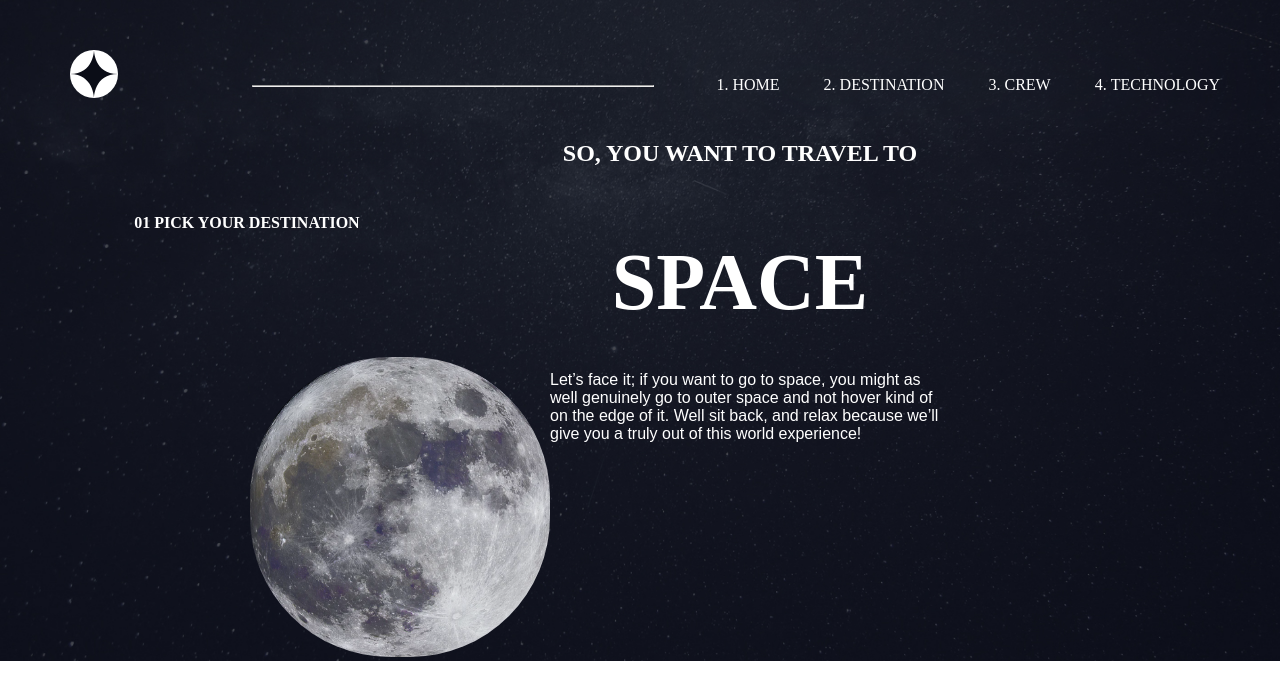
Repository: batonAnton/space_tourism
Page: destination.html
An editor plug-in stored every save of this project. The page is shown before and after the next save, followed by the edit.
The browser window is 1280 px wide. The pictures show the whole page.
Some web fonts or font styles are not loaded; a fallback is used.

Above is the page before, as saved 2022-05-20 10:40:28.

### destination.html
<!DOCTYPE html>
<html lang="en">
<head>
    <meta charset="UTF-8">
    <meta http-equiv="X-UA-Compatible" content="IE=edge">
    <meta name="viewport" content="width=device-width, initial-scale=1.0">
    <title>Space Tourism</title>
    <link rel="stylesheet" href="css/style2 .css">
    <link rel="preconnect" href="https://fonts.googleapis.com">
    <link rel="preconnect" href="https://fonts.gstatic.com" crossorigin>
    <link href="https://fonts.googleapis.com/css2?family=Bellefair&family=Merriweather&display=swap" rel="stylesheet">

    <link rel="preconnect" href="https://fonts.gstatic.com" crossorigin>
    <link href="https://fonts.googleapis.com/css2?family=Bellefair&family=Merriweather&display=swap" rel="stylesheet">
    <link rel="preconnect" href="https://fonts.googleapis.com">
    <link rel="preconnect" href="https://fonts.gstatic.com" crossorigin>
    <link href="https://fonts.googleapis.com/css2?family=Barlow+Condensed:wght@300&family=Bellefair&family=Merriweather&display=swap" rel="stylesheet">
</head>
<body>

    <div id="destination" class="bg">
        <div class="top-container">
            <div class="logo_img">
                <img src="/images/Icon.svg" alt="logo">

            </div>

                                             <!--navbar code -->
            <div class="nav">

                <hr>
                    <ol>

                        <li><a href="#home">home</a></li>
                        <li><a href="">destination</a></li>
                        <li><a href="">crew</a></li>
                        <li><a href="">technology</a></li>

                    </ol>

            </div>
        </div>

        <div class="middle_container">


            <div class="planet_img">
                <h2 class="h2_planet"> <span>01</span> pick your destination</h2>

                <div class="planet_bg">
                    <img src="/images/destination_img/moon.png"  alt="">
                </div>
            </div>



                <div class="get-info">
                    <h2>so, you want to travel to</h2>
                    <h1>space</h1>
                    <p>Let’s face it; if you want to go to space, you might as well genuinely go to outer space and not hover kind of on the edge of it. Well sit back, and relax because we’ll give you a truly out of this world experience!</p>
                </div>


        </div>

    </div>
</body>
</html>

### css/style2 .css
body {
  /* height: 900px; */
  margin: 0;
}

.bg {
  background-image: url(/images/destination_img/bg.jpg);
  height: 100%;
  background-position: center;
  background-repeat: no-repeat;
  background-size: cover;
}

.top-container {
  /* display: inline-block; */
  padding: 50px 0px 50px 70px;
  /* width: 100%; */
}

.logo_img {
  /* width: 555px; */
  float: left;
}

hr {
  width: 400px;
  position: absolute;
  margin: 25px 0px 100px -390px;
}

.nav {
  /* width: 60%; */
  /* margin-left: 408px; */
  position: relative;
  float: right;
  clear: none;
  /* border: 1px solid #979797; */
  padding: 10px 0px 10px 0px;
  backdrop-filter: blur(85px);
  text-transform: uppercase;
}
.nav a {
  text-decoration: none;
}

.nav a:after {
  background: none repeat scroll 0 0 transparent;
  bottom: 0;
  content: "";
  display: block;
  height: 2px;
  left: 50%;
  position: absolute;
  background: #fff;
  transition: width 0.3s ease 0s, left 0.3s ease 0s;
  width: 0;
}
a:hover:after {
  width: 10%;
  left: 0;
}

ol {
  display: inline-flex;
  /* width: 200px; */
  margin-left: 50px;
}

li {
  padding: 0px 60px 0px 0px;
  color: #ffffff;
}

.nav a {
  color: #ffffff;
  font-family: "Bellefair", serif;
  /* font-family: "Merriweather", serif; */
}

/* middle-container property */
.middle_container {
  display: inline-flex;
}

.get-info_planet {
  margin: 130px 100px 100px 150px;
}

.h2_planet {
  height: 1px;
  display: block;
  margin: -176px 0px 142px -193px;
  font-size: 16px;
}

.planet_bg img {
  height: 300px;
  border-radius: 140px 140px 140px 140px;
}

h1,
h2,
p {
  color: #ffffff;
}

h1,
h2 {
  text-align: center;
  width: 380px;
  text-transform: uppercase;
  font-family: "Bellefair", serif;
}

h1 {
  font-size: 5rem;
  height: 80px;
  /* padding-left: 20px; */
  margin-top: 70px;
}

p {
  width: 400px;
  text-align: left;
  font-family: "Barlow Condensed", sans-serif;
}

.planet_img {
  margin: 270px 0px 0px 250px;
}

After the next save:
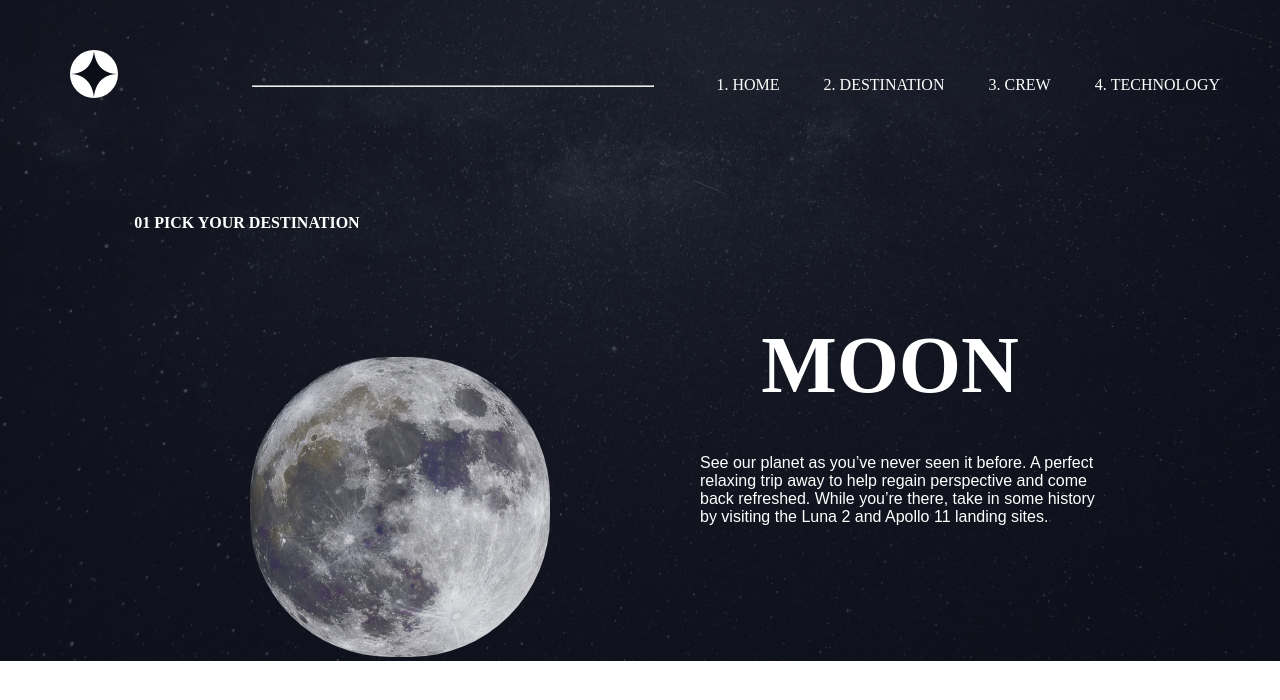
Saved 81 s later.
--- a/destination.html
+++ b/destination.html
@@ -54,10 +54,9 @@
 
 
 
-                <div class="get-info">
-                    <h2>so, you want to travel to</h2>
-                    <h1>space</h1>
-                    <p>Let’s face it; if you want to go to space, you might as well genuinely go to outer space and not hover kind of on the edge of it. Well sit back, and relax because we’ll give you a truly out of this world experience!</p>
+                <div class="get-info_planet">
+                    <h1>moon</h1>
+                    <p>See our planet as you’ve never seen it before. A perfect <br> relaxing trip away to help regain perspective and come <br> back refreshed. While you’re there, take in some history <br> by visiting the Luna 2 and Apollo 11 landing sites.</p>
                 </div>
 
 
